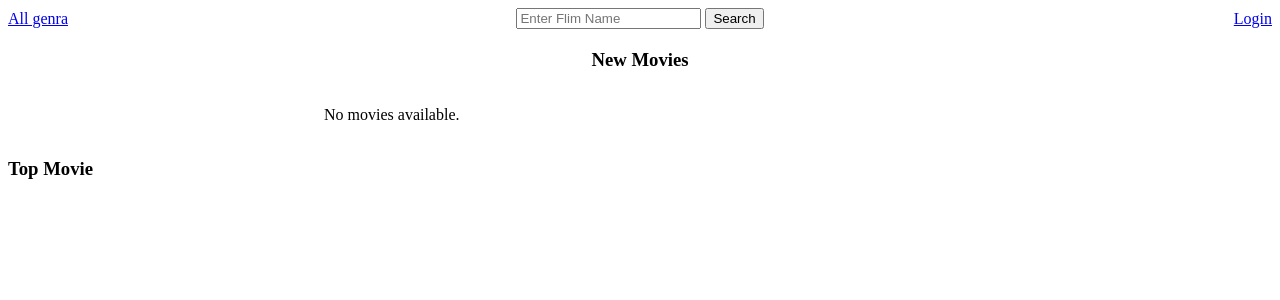
Repository: RajSarkarIndia/Movie_Review
Page: http://localhost/MovieReview/
These files come from the project's save history. The page is drawn as it stood at one moment and after the next save; the edit follows.
The browser window is 1280 px wide. The pictures show the whole page.
The page is served by Tomcat 10.

Above is the page before, as saved 2025-08-06 13:42:52.

After the next save:
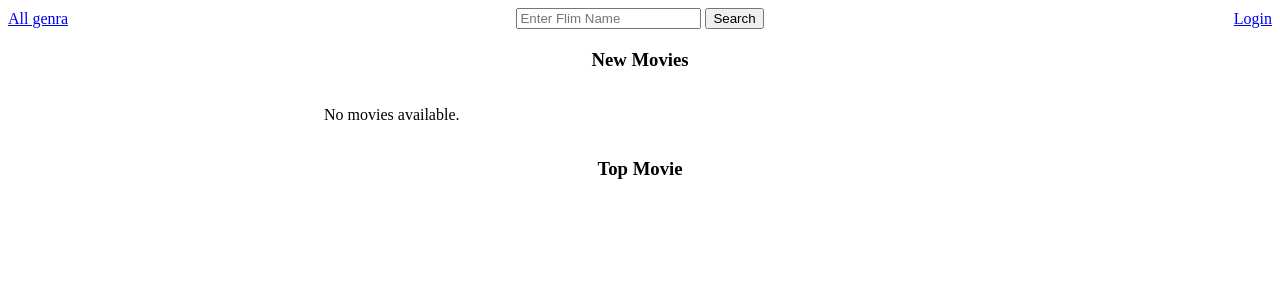
Saved 97 s later.
--- a/MovieReview/src/main/webapp/index.jsp
+++ b/MovieReview/src/main/webapp/index.jsp
@@ -130,7 +130,7 @@
     }
 %>
 </div>
-<h3>Top Movie</h3>
+<h3 style="text-align:center;">Top Movie</h3>
 <div class="movie-container">
 <%
 
